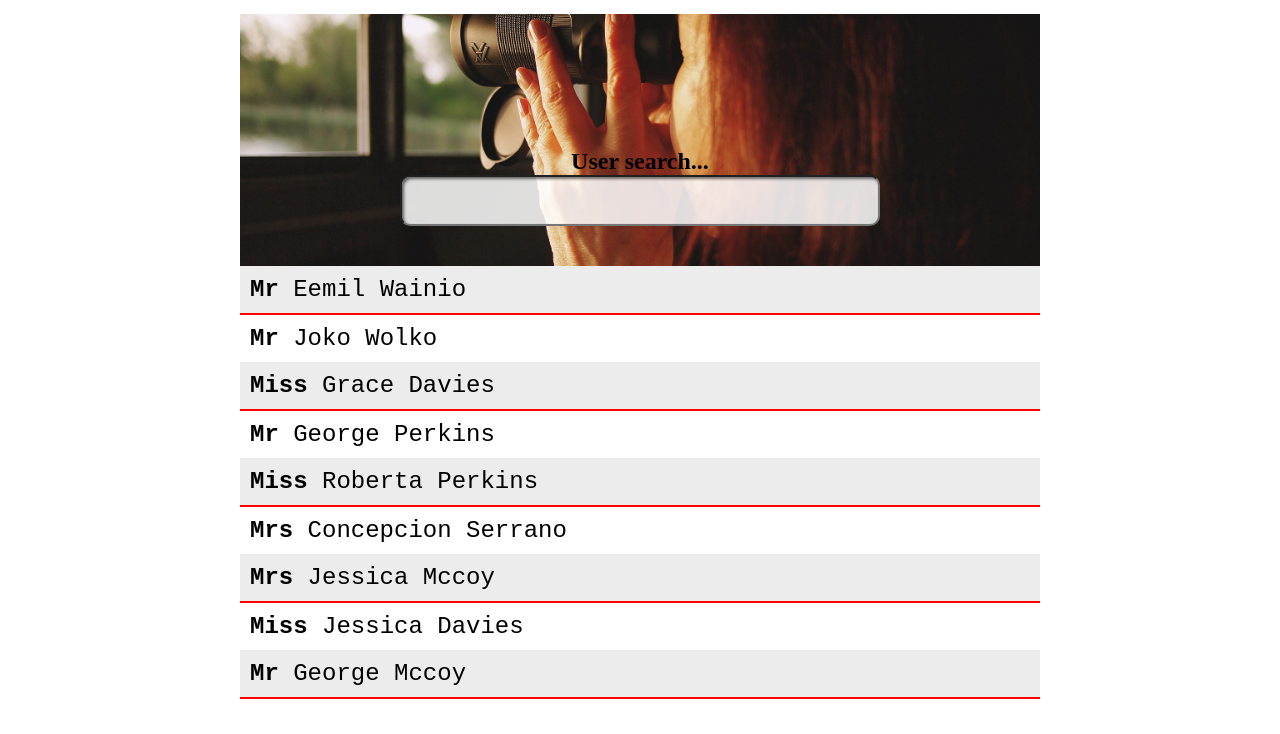
Repository: KrzysKolo/sr_tydzien5_zad4
Page: /
The author's editor kept a copy of each file at every save. The page is drawn from the files as they stood at one save, then again after the next save.
The browser window is 1280 px wide. The pictures show the whole page.
The project was rebuilt for these pictures with package versions that can differ from the ones it lists, and the page was loaded fresh each time.

Above is the page before, as saved 2021-01-03 05:36:27.

After the next save:
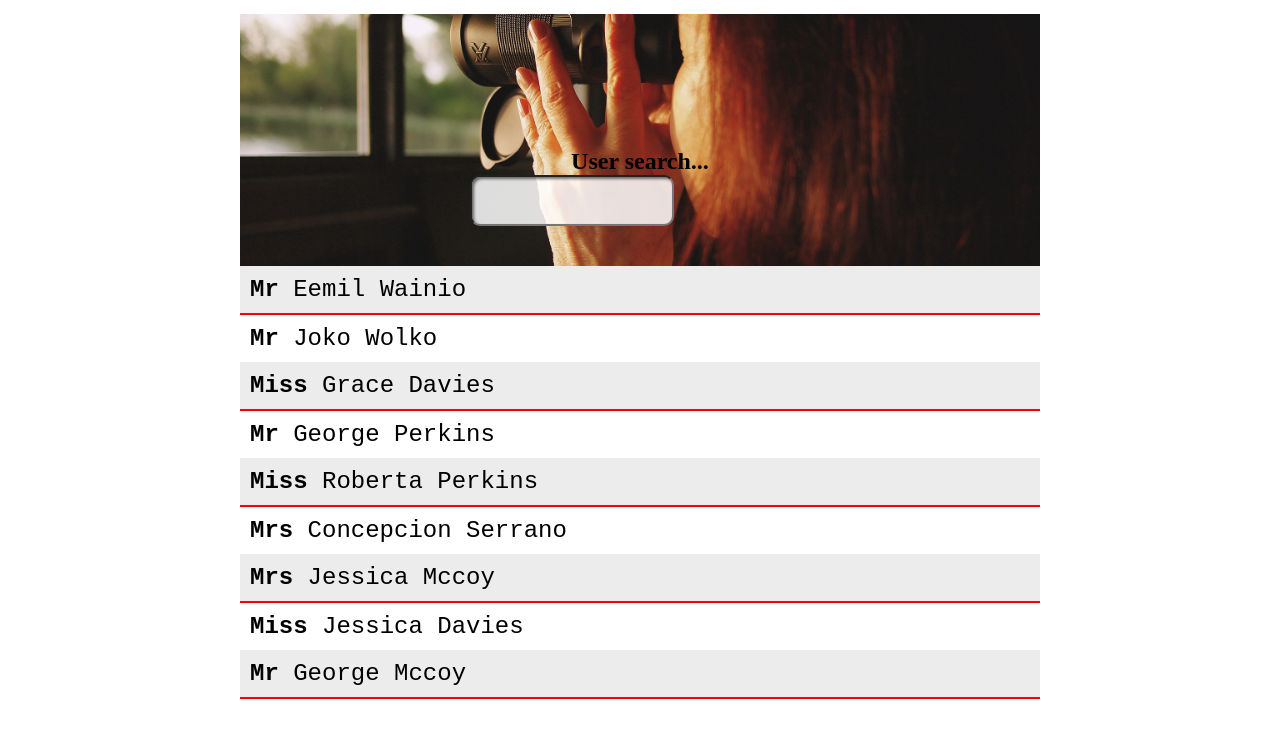
Saved 40 s later.
--- a/src/components/Header.js
+++ b/src/components/Header.js
@@ -4,7 +4,9 @@ const Header = () => {
     return (
         <div className="header__section">
             <h1>User search...</h1>
-            <input className="header__search" type="text" />
+            <div>
+                <input className="header__search" type="text" />
+            </div>
         </div>
     )
 }
